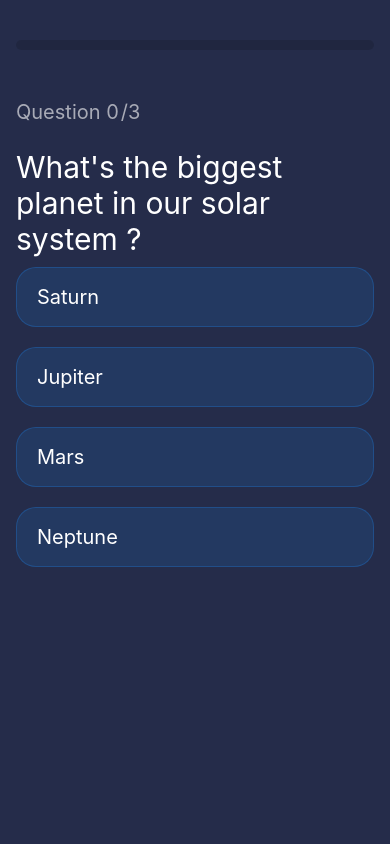
Repository: ds-mbappe/Quiz
Screen: /
These files come from the project's save history. The screen is drawn as it stood at one moment and after the next save; the edit follows.
The app was drawn by React Native's web renderer in a window 390 px wide. The project was rebuilt for these pictures with package versions that can differ from the ones it lists, and the page was loaded fresh each time.

Above is the screen before, as saved 2022-05-28 23:56:03.

### App.js
import React from 'react'
import { SafeAreaView, StyleSheet, Text } from 'react-native';
import { Quiz } from './screens';

const App = () => {
  return (
    <Quiz />
  )
}

export default App

const styles = StyleSheet.create({})

### screens/index.js
import Quiz from "./Quiz";

export {
    Quiz
}

### screens/Quiz.js
import React, { useState } from 'react'
import { SafeAreaView, StatusBar, StyleSheet, Text, TouchableOpacity, View, Animated, Modal } from 'react-native'
import { COLORS, SIZES } from '../constants';
import data from '../data/QuizData';
import MaterialCommunityIcons from 'react-native-vector-icons/MaterialCommunityIcons';

const Quiz = () => {

  const allQuestions = data;
  const [currentQuestionIndex, setCurrentQuestionIndex] = useState(0)
  const [currentOptionSelected, setCurrentOptionSelected] = useState(null);
  const [correctOption, setCorrectOption] = useState(null);
  const [isOptionDisabled, setIsOptionDisabled] = useState(false);
  const [score, setScore] = useState(0);
  const [showNextbutton, setShowNextButton] = useState(false);
  const [showScoreModal, setShowScoreModal] = useState(false);
  const [progress, setProgress] = useState(new Animated.Value(0));
  const progressAnim = progress.interpolate({
    inputRange: [0, allQuestions.length],
    outputRange: ['0%', '100%']
  });

  const validateAnswer = (selectedOption) => {
    let correct_option = allQuestions[currentQuestionIndex]['correct_option'];
    setCurrentOptionSelected(selectedOption);
    setCorrectOption(correct_option);
    setIsOptionDisabled(true);
    if(selectedOption == correct_option) {
      setScore(score + 1);
    }

    // Show Next Button
    setShowNextButton(true);
  }

  const handleNext = () => {
    if (currentQuestionIndex == allQuestions.length - 1) {
      setShowScoreModal(true);
    }
    else {
      setCurrentQuestionIndex(currentQuestionIndex + 1);
      setCurrentOptionSelected(null);
      setCorrectOption(null);
      setIsOptionDisabled(false);
      setShowNextButton(false);
    }
    Animated.timing(progress, {
      toValue: currentQuestionIndex + 1,
      duration: 1000,
      useNativeDriver: false
    }).start();
  }

  const restartQuiz = () => {
    setShowScoreModal(false);
    setCurrentQuestionIndex(0);
    setScore(0);
    setCurrentOptionSelected(null);
    setCorrectOption(null);
    setIsOptionDisabled(false);
    setShowNextButton(false);
    Animated.timing(progress, {
      toValue: 0,
      duration: 1000,
      useNativeDriver: false
    }).start();
  }

  const renderQuestion = () => {
    return (
      <View>
        {/* Question Counter */}
        <View style={styles.questions}>
          <Text style={{color: COLORS.white, fontSize: 20, opacity: 0.6, marginRight: 2}}>{"Question " + currentQuestionIndex}</Text>
          <Text style={{color: COLORS.white, fontSize: 20, opacity: 0.6}}>/{allQuestions.length}</Text>
        </View>

        <View style={{height: 25}}>
        </View>

        {/* Question */}
        <Text style={{color: COLORS.white, fontSize: 30}}>{allQuestions[currentQuestionIndex]?.question}</Text>
      </View>
    )
  }

  const renderOptions = () => {
    return (
      <View>
        {
          allQuestions[currentQuestionIndex]?.options.map(option => (
            <TouchableOpacity
              onPress={() => validateAnswer(option)}
              disabled={isOptionDisabled}
              key={option}
              style={{
                borderWidth: 1,
                borderColor: option == correctOption
                  ? COLORS.success
                  : option == currentOptionSelected
                    ? COLORS.error
                    : COLORS.secondary + '40',
                backgroundColor: option == correctOption
                ? COLORS.success + '20'
                : option == currentOptionSelected
                  ? COLORS.error + '20'
                  : COLORS.secondary + '20',
                height: 60,
                borderRadius: 20,
                flexDirection: 'row',
                alignItems: 'center',
                justifyContent: 'space-between',
                paddingHorizontal: 20,
                marginVertical: 10
              }}>
              <Text style={{ fontSize: 20, color: COLORS.white }}>{option}</Text>

              {/* Show Check or Cross based on answer */}
              {
                option == correctOption ? (
                  <View style={{
                    width: 30,
                    height: 30,
                    borderRadius: 30 / 2,
                    backgroundColor: COLORS.success,
                    justifyContent: 'center',
                    alignItems: 'center'
                  }}>
                    <MaterialCommunityIcons name="check" style={{
                      color: COLORS.white,
                      fontSize: 20
                    }} />
                  </View>
                ) : option == currentOptionSelected ?(
                  <View style={{
                    width: 30,
                    height: 30,
                    borderRadius: 30 / 2,
                    backgroundColor: COLORS.error,
                    justifyContent: 'center',
                    alignItems: 'center'
                  }}>
                    <MaterialCommunityIcons name="close" style={{
                      color: COLORS.white,
                      fontSize: 20
                    }} />
                  </View>
                ) : null
              }
            </TouchableOpacity>
          ))
        }
      </View>
    )
  }

  const renderNextButton = () => {
    if (showNextbutton) {
      return (
        <TouchableOpacity
          onPress={handleNext}
          style={{ display: 'flex', justifyContent: 'center', flexDirection: 'row', marginTop: 20, width: '100%', backgroundColor: COLORS.accent, padding: 20, borderRadius: 20 }}
        >
          <Text style={{fontSize: 20, fontWeight: 'bold', color: COLORS.white, textAlign: 'center'}}>Next</Text>
          <MaterialCommunityIcons
            style={{ fontSize: 20, fontWeight: 'bold', color: COLORS.white, textAlign: 'center' }}
            name='chevron-right'
          />
        </TouchableOpacity>
      )
    }
    else {
      return null;
    }
  }

  const renderProgressBar = () => {
    return (
      <View style={{ width: '100%', height: 10, borderRadius: 20, backgroundColor: '#00000020' }}>
        <Animated.View style={[{height: 10, borderRadius: 20, backgroundColor: COLORS.accent}, {width: progressAnim}]}>

        </Animated.View>
      </View>
    )
  }

  return (
    <SafeAreaView style={styles.container}>
      <StatusBar barStyle='light-content' backgroundColor={COLORS.primary} />
      <View style={styles.mainView}>

        {/* ProgressBar */}
        {renderProgressBar()}

        {/* Question */}
        {renderQuestion()}

        {/* Options */}
        {renderOptions()}

        {/* Next Button */}
        {renderNextButton()}

        {/* Score Modal */}
        <Modal
          animationType='slide'
          transparent={true}
          visible={showScoreModal}
        >
          <View style={{ flex: 1, backgroundColor: COLORS.primary, alignItems: 'center', justifyContent: 'center' }}>
            <View style={{ backgroundColor: COLORS.white, width: '70%', borderRadius: 20, padding: 20, alignItems: 'center' }}>
              <Text style={{ fontSize: 30, fontWeight: 'bold' }}>{score > (allQuestions.length / 2) ? 'Congratulations!' : 'Oops!'}</Text>

              <View style={{ flexDirection: 'row', justifyContent: 'flex-start', alignItems: 'center', marginVertical: 20 }}>
                <Text style={{fontSize: 20, color: COLORS.black, fontWeight: 'bold'}}>Final Score   </Text>
                <Text style={{fontSize: 30, color: score > (allQuestions.length / 2) ? COLORS.success : COLORS.error}}>{score}</Text>
                <Text style={{fontSize: 20, color: COLORS.black}}>/{allQuestions.length}</Text>
              </View>
              {/* Restart Quiz */}
              <TouchableOpacity
                onPress={restartQuiz}
                style={{ backgroundColor: COLORS.accent, padding: 20, width: '100%', borderRadius: 20 }}>
                <Text style={{textAlign: 'center', fontWeight: 'bold', color: COLORS.white, fontSize: 20}}>Retry Quiz</Text>
              </TouchableOpacity>
            </View>
          </View>
        </Modal>

      </View>
    </SafeAreaView>
  )
}

export default Quiz

const styles = StyleSheet.create({
  container: {
    flex: 1,
    backgroundColor: COLORS.background
  },
  mainView: {
    flex: 1,
    paddingVertical: 40,
    paddingHorizontal: 16,
    backgroundColor: COLORS.background,
    position: 'relative',
  },
  questions: {
    flexDirection: 'row',
    alignItems: 'flex-end',
    marginTop: 50
  }
})

### data/QuizData.js
let data = [
    {
        question: "What's the biggest planet in our solar system ?",
        options: ["Saturn", "Jupiter", "Mars", "Neptune"],
        correct_option: "Jupiter"
    },
    {
        question: "Which animal can open his mouth the widest ?",
        options: ["Crocodile", "Lion", "Gorilla", "Hippo"],
        correct_option: "Hippo"
    },
    {
        question: "WHat is the largest animal on earth ?",
        options: ["The lion King", "The giraffe", "The blue whale", "The elephant"],
        correct_option: "The blue whale"
    },
    // {
    //     question: ,
    //     options: ,
    //     correct_option:
    // },
    // {
    //     question: ,
    //     options: ,
    //     correct_option:
    // }
]

export default data;

### constants/theme.js
import { Dimensions } from "react-native";
const { width, height } = Dimensions.get('window');

export const COLORS = {
    primary: "#252C4A",
    secondary: "#1E90FF",
    accent: "#3498DB",

    success: "#00C851",
    error: "#FF4444",

    black: "#171717",
    white: "#FFFFFF",
    background: "#252C4A"
}

export const SIZES = {
    base: 10,
    width,
    height
}

Loaded but not shown: constants/index.js (common file)

After the next save:
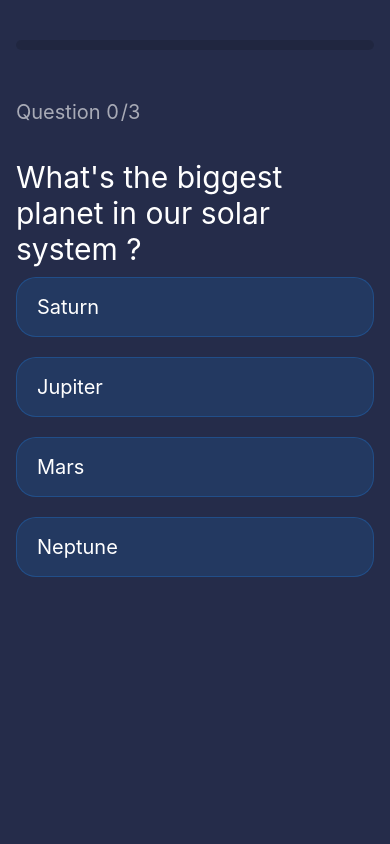
Saved 4 min 25 s later.
--- a/screens/Quiz.js
+++ b/screens/Quiz.js
@@ -248,6 +248,7 @@
   questions: {
     flexDirection: 'row',
     alignItems: 'flex-end',
-    marginTop: 50
+    marginTop: 50,
+    marginBottom: 10
   }
 })

After the save that followed:
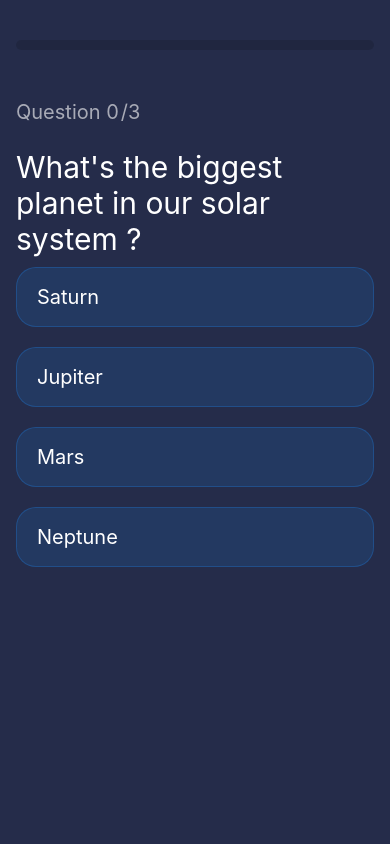
Saved 5 s later.
--- a/screens/Quiz.js
+++ b/screens/Quiz.js
@@ -248,7 +248,6 @@
   questions: {
     flexDirection: 'row',
     alignItems: 'flex-end',
-    marginTop: 50,
-    marginBottom: 10
+    marginTop: 50
   }
 })
